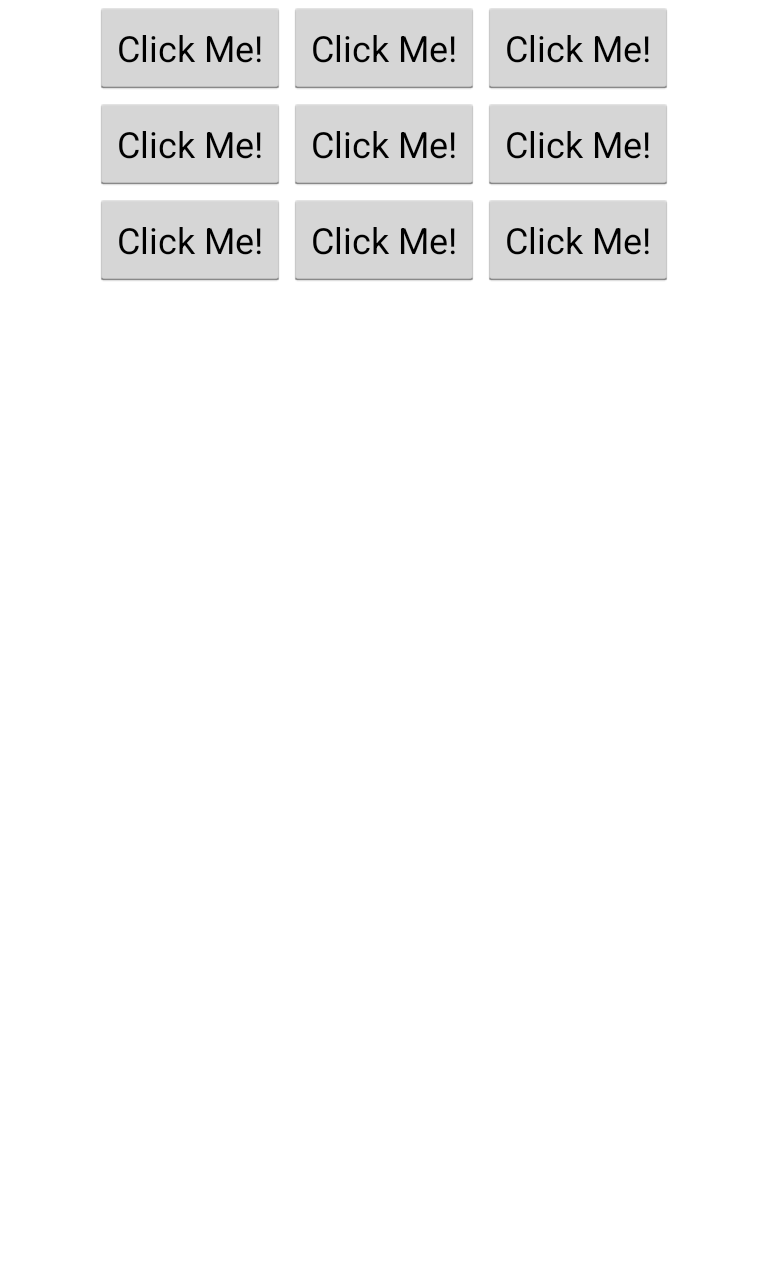
Repository: jonathansparks/Always-On-Always-Connected
Layout: LinearLayoutTest/res/layout/activity_main.xml
An editor plug-in stored every save of this project. The layout is shown before and after the next save, followed by the edit.
It is drawn on a 768 x 1280 px phone screen (xhdpi) without system bars, with theme AppTheme; the app's code is not run.

Above is the layout before, as saved 2014-02-13 23:58:30.

### LinearLayoutTest/res/layout/activity_main.xml
<LinearLayout xmlns:android="http://schemas.android.com/apk/res/android"
    android:layout_width="fill_parent"
    android:layout_height="fill_parent"
    android:orientation="vertical"
    android:layout_margin="10dp">


    <LinearLayout
        android:layout_width="match_parent"
        android:layout_height="wrap_content"
        android:gravity="center_horizontal" >

        <Button
            android:id="@+id/Button04"
            android:layout_width="wrap_content"
            android:layout_height="wrap_content"
            android:text="@string/click_me" />

        <Button
            android:id="@+id/Button05"
            android:layout_width="wrap_content"
            android:layout_height="wrap_content"
            android:text="@string/click_me" />

        <Button
            android:id="@+id/Button06"
            android:layout_width="wrap_content"
            android:layout_height="wrap_content"
            android:text="@string/click_me" />
    </LinearLayout>

    <LinearLayout
        android:layout_width="match_parent"
        android:layout_height="wrap_content"
        android:gravity="center_horizontal" >

        <Button
            android:id="@+id/Button01"
            android:layout_width="wrap_content"
            android:layout_height="wrap_content"
            android:text="@string/click_me" />

        <Button
            android:id="@+id/Button02"
            android:layout_width="wrap_content"
            android:layout_height="wrap_content"
            android:text="@string/click_me" />

        <Button
            android:id="@+id/Button03"
            android:layout_width="wrap_content"
            android:layout_height="wrap_content"
            android:text="@string/click_me" />
    </LinearLayout>

    <LinearLayout
        android:layout_width="match_parent"
        android:layout_height="wrap_content"
        android:gravity="center_horizontal">

        <Button
            android:id="@+id/button1"
            android:layout_width="wrap_content"
            android:layout_height="wrap_content"
            android:text="@string/click_me" />

        <Button
            android:id="@+id/button2"
            android:layout_width="wrap_content"
            android:layout_height="wrap_content"
            android:text="@string/click_me" />

        <Button
            android:id="@+id/button3"
            android:layout_width="wrap_content"
            android:layout_height="wrap_content"
            android:text="@string/click_me" />

    </LinearLayout>

</LinearLayout>

### LinearLayoutTest/res/values/strings.xml
<?xml version="1.0" encoding="utf-8"?>
<resources>

    <string name="app_name">LinearLayoutTest</string>
    <string name="action_settings">Settings</string>
    <string name="hello_world">Hello world!</string>
    <string name="click_me">Click Me!</string>

</resources>

Loaded but not shown: LinearLayoutTest/res/values/styles.xml (common file); LinearLayoutTest/res/values-v11/styles.xml (common file); LinearLayoutTest/res/values-v14/styles.xml (common file)

After the next save:
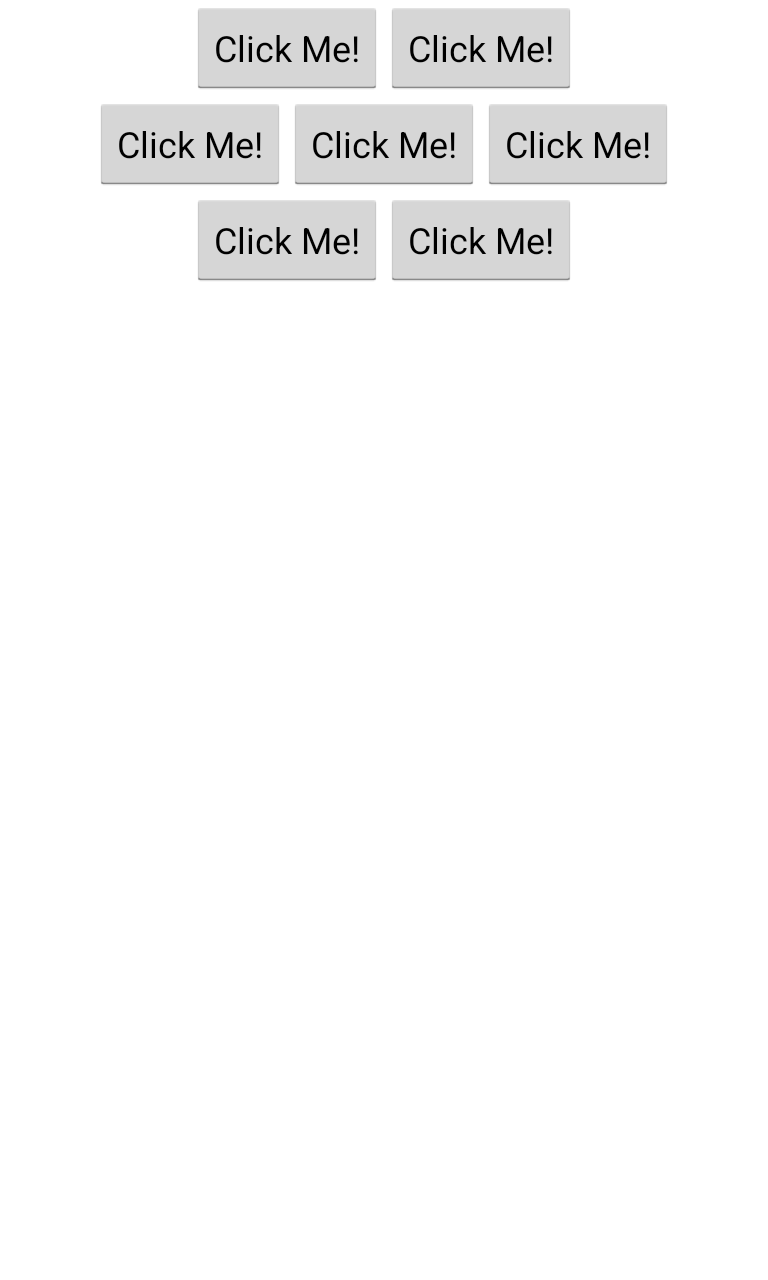
Saved 66 min 48 s later.
--- a/LinearLayoutTest/res/layout/activity_main.xml
+++ b/LinearLayoutTest/res/layout/activity_main.xml
@@ -9,12 +9,6 @@
         android:layout_width="match_parent"
         android:layout_height="wrap_content"
         android:gravity="center_horizontal" >
-
-        <Button
-            android:id="@+id/Button04"
-            android:layout_width="wrap_content"
-            android:layout_height="wrap_content"
-            android:text="@string/click_me" />
 
         <Button
             android:id="@+id/Button05"
@@ -70,12 +64,6 @@
             android:layout_height="wrap_content"
             android:text="@string/click_me" />
 
-        <Button
-            android:id="@+id/button3"
-            android:layout_width="wrap_content"
-            android:layout_height="wrap_content"
-            android:text="@string/click_me" />
-
     </LinearLayout>
 
 </LinearLayout>
